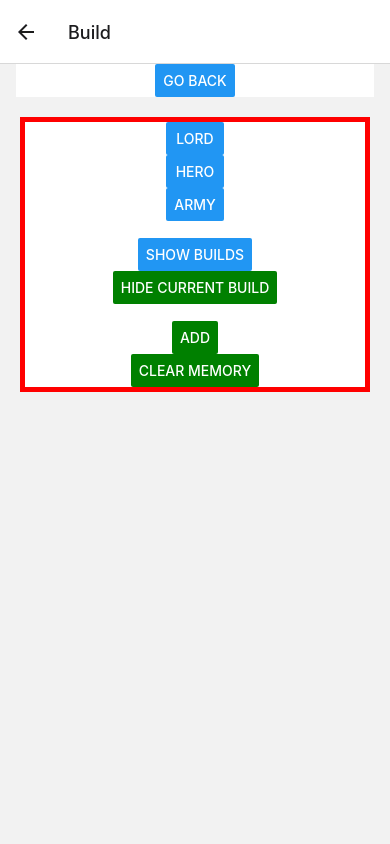
Repository: LingyuLiu11/mobile_app
Screen: /Build, after clicking the first element matching `div.r-paddingBottom-97e31f > button`
These files come from the project's save history. The screen is drawn as it stood at one moment and after a run of saves; the edit follows.
The app was drawn by React Native's web renderer in a window 390 px wide. The project was rebuilt for these pictures with package versions that can differ from the ones it lists, and the page was loaded fresh each time. Also part of the build but not shown: components/Reviews.js.

Above is the screen before, as saved 2021-10-25 02:04:23.

After the next 7 saves:
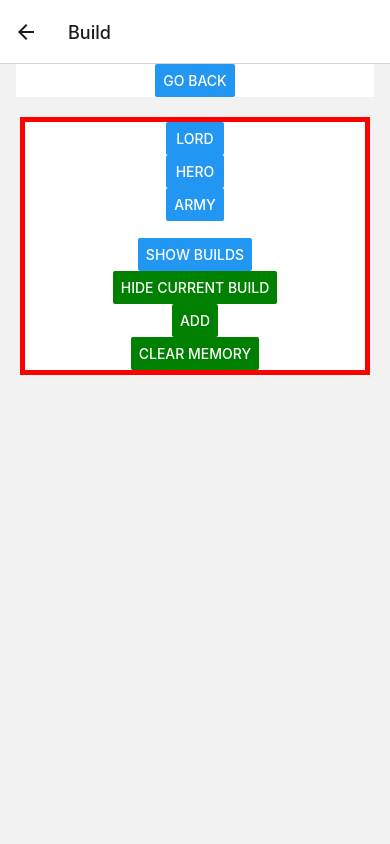
The 7 saves are shown as one change because 1 did not build or start and some came seconds apart.
The last was saved 21 s later.
--- a/components/Builds.js
+++ b/components/Builds.js
@@ -132,9 +132,9 @@ const Builds = () => {
       <Button
                   title={(debugging?'hide':'show')+" current build" }
                   color="green"
-                  onPress = {() => setDebugging(!debugging)}
+                  onPress = {() => setCurrlooking(!currlooking)}
                   />
-                  {debugView}
+                  {currView}
 
                   <Button
           color="green"
